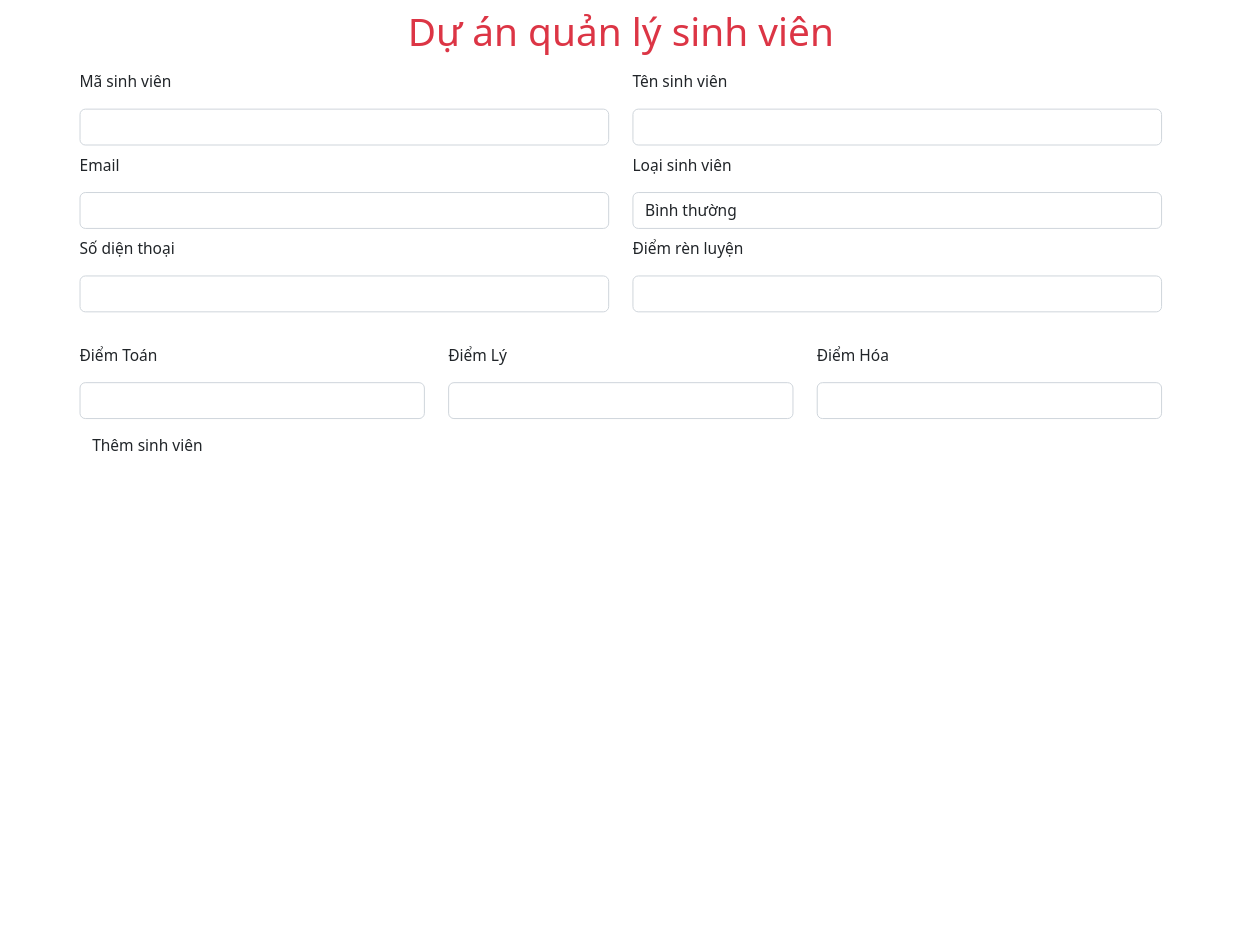
Repository: hcozyph/Cybersoft_JS_OOP
Page: index.html
These files come from the project's save history. The page is drawn as it stood at one moment and after the next save; the edit follows.
The browser window is 1280 px wide. The pictures show the whole page, at 97% of full size.

Above is the page before, as saved 2023-02-26 09:28:37.

After the next save:
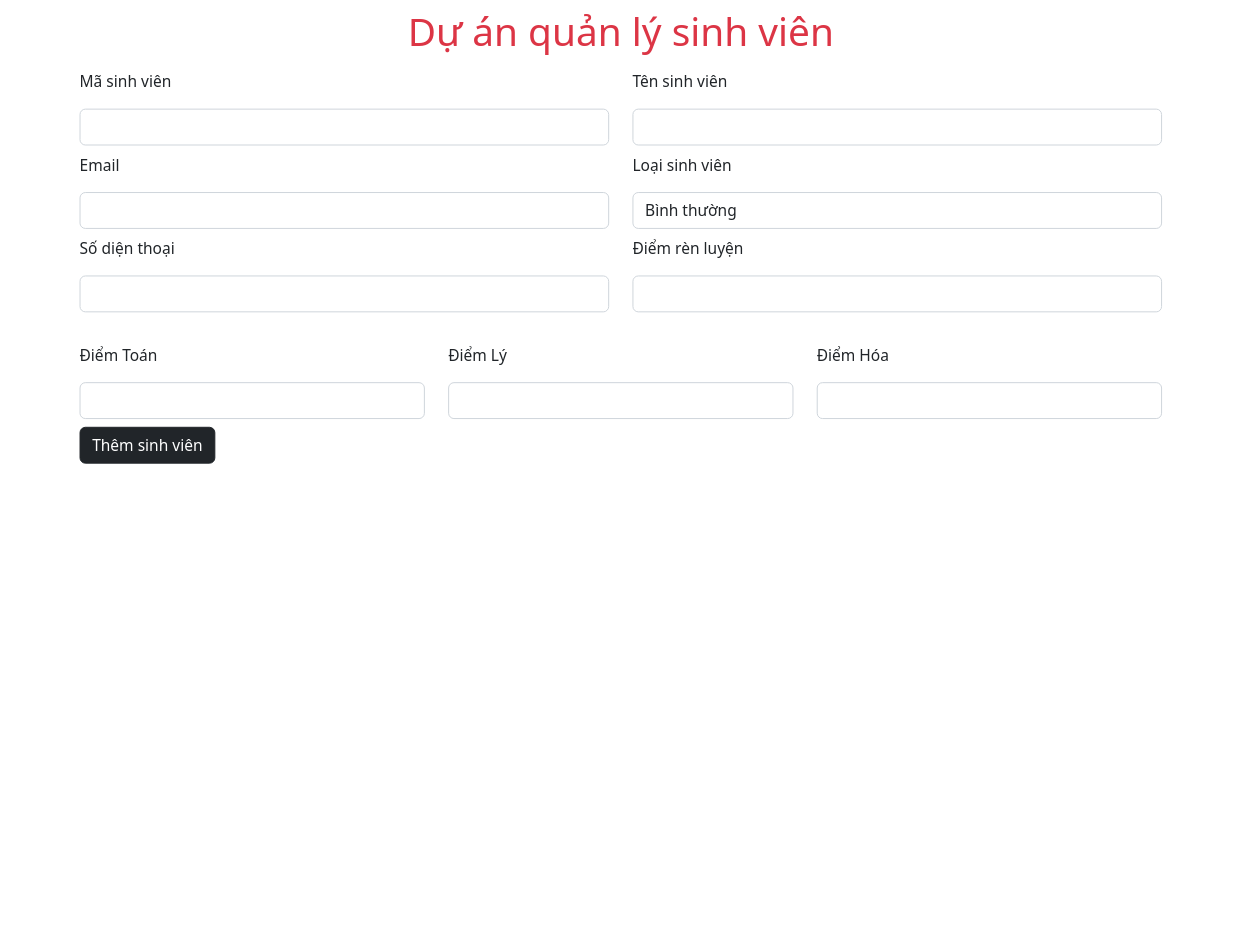
Saved 18 s later.
--- a/index.html
+++ b/index.html
@@ -85,7 +85,7 @@
                 </div>
 
                 <div class="mt-2">
-                    <button class="btn btn-darl" id="btnThemSinhVien">Thêm sinh viên</button>
+                    <button class="btn btn-dark" id="btnThemSinhVien">Thêm sinh viên</button>
                 </div>
 
             </div>
